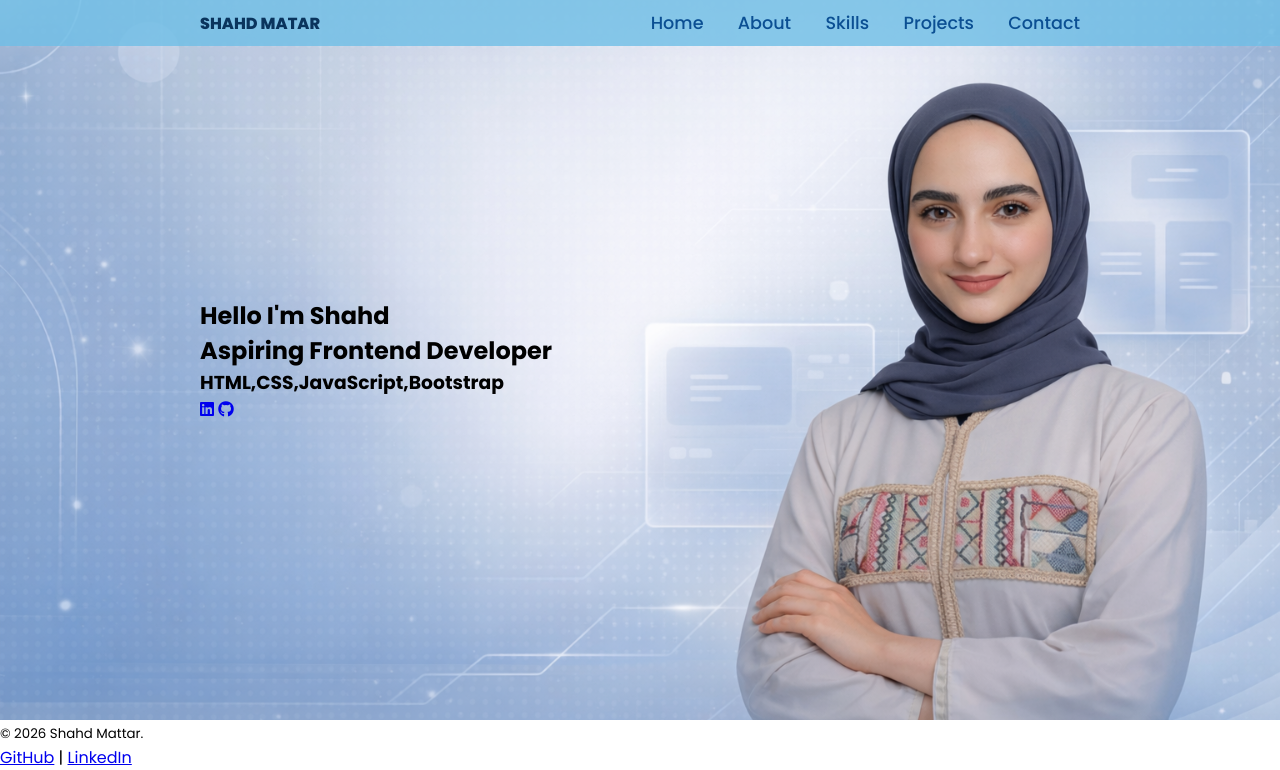
Repository: shahdmattar/personal-landing-page
Page: index.html
The author's editor kept a copy of each file at every save. The page is drawn from the files as they stood at one save, then again after the next save.
The browser window is 1280 px wide. The pictures show the whole page.
Backgrounds fixed to the window are drawn as part of the page.

Above is the page before, as saved 2026-04-15 01:24:29.

### index.html
<!doctype html>
<html lang="en">
  <head>
    <meta charset="UTF-8" />
    <meta name="viewport" content="width=device-width, initial-scale=1.0" />
    <title>Shahd Matar | Personal Landing Page</title>
    <meta
      name="description"
      content="Personal landing page of Shahd Matar, Computer Engineering student and frontend learner."
    />
    <link
      rel="stylesheet"
      href="https://cdnjs.cloudflare.com/ajax/libs/font-awesome/6.0.0/css/all.min.css"
    />
    <link rel="stylesheet" href="style.css" />
    <!-- <link rel="stylesheet" href="test.css"> -->
  </head>

  <body>
    <header>
      <a href="#" class="logo">Shahd Matar</a>
      <nav class="navgation">
        <a href="#hero">Home</a>
        <a href="#about">About</a>
        <a href="#skills">Skills</a>
        <a href="#projects">Projects</a>
        <a href="#contact">Contact</a>
      </nav>
    </header>


      <section class="main">
        <div>

          <h2>Hello I'm Shahd<br> <span>Aspiring Frontend Developer</span></h2>
          <h3>HTML,CSS,JavaScript,Bootstrap</h3>
          <div class="social-icons">
            <a href="https://www.linkedin.com/in/shahd-matar-957608368"><i class="fab fa-linkedin"></i></a>
            <a href="https://github.com/shahdmattar"><i class="fab fa-github"></i></a>
          </div>
        </div>

      </section>


    <!-- Footer -->
    <footer>
      <p><small> &copy; 2026 Shahd Mattar.</small></p>
      <p>
        <a
          href="https://github.com/shahdmattar"
          target="_blank"
          rel="noopener noreferrer"
          >GitHub</a
        >
        |
        <a
          href="https://www.linkedin.com/in/shahd-matar-957608368"
          target="_blank"
          rel="noopener noreferrer"
          >LinkedIn</a
        >
      </p>
    </footer>
  </body>
</html>

### style.css
@import url('https://fonts.googleapis.com/css2?family=Dancing+Script:wght@400..700&family=Poppins:ital,wght@0,100;0,200;0,300;0,400;0,500;0,600;0,700;0,800;0,900;1,100;1,200;1,300;1,400;1,500;1,600;1,700;1,800;1,900&display=swap');

* {
  font-family:"Poppins", sans-serif;
  margin: 0;
  padding: 0;
  box-sizing: border-box;
  scroll-behavior:smooth;
}

header{
  width:100%;
  background-color:rgba(111, 191, 231, 0.8);
  position:fixed;
  display:flex;
  justify-content: space-between;
  align-items:center;
  z-index: 999;
  padding:10px 200px;
}

.logo{
  text-decoration:none;
  text-transform:uppercase;
  color:#0a345d;
  font-size:2rm;
  font-weight:800;
}

.navgation a{
  color:#0b4f93;
  text-decoration:none;
  font-size:1.1rem;
  font-weight:500;
  padding-left:30px;
}

.navgation a:hover{
  color:#0a345d;
  font-size:1.4rem;
  font-weight:600;
}

section{
   padding:100px 200px;
}
.main{
  width:100%;
  min-height:100vh;
  display:flex;
  align-items:center;
  background:url(images/background.png);
  background-repeat:no-repeat;
  background-size:cover;
  background-position:center;
  background-attachment: fixed;
}

After the next save:
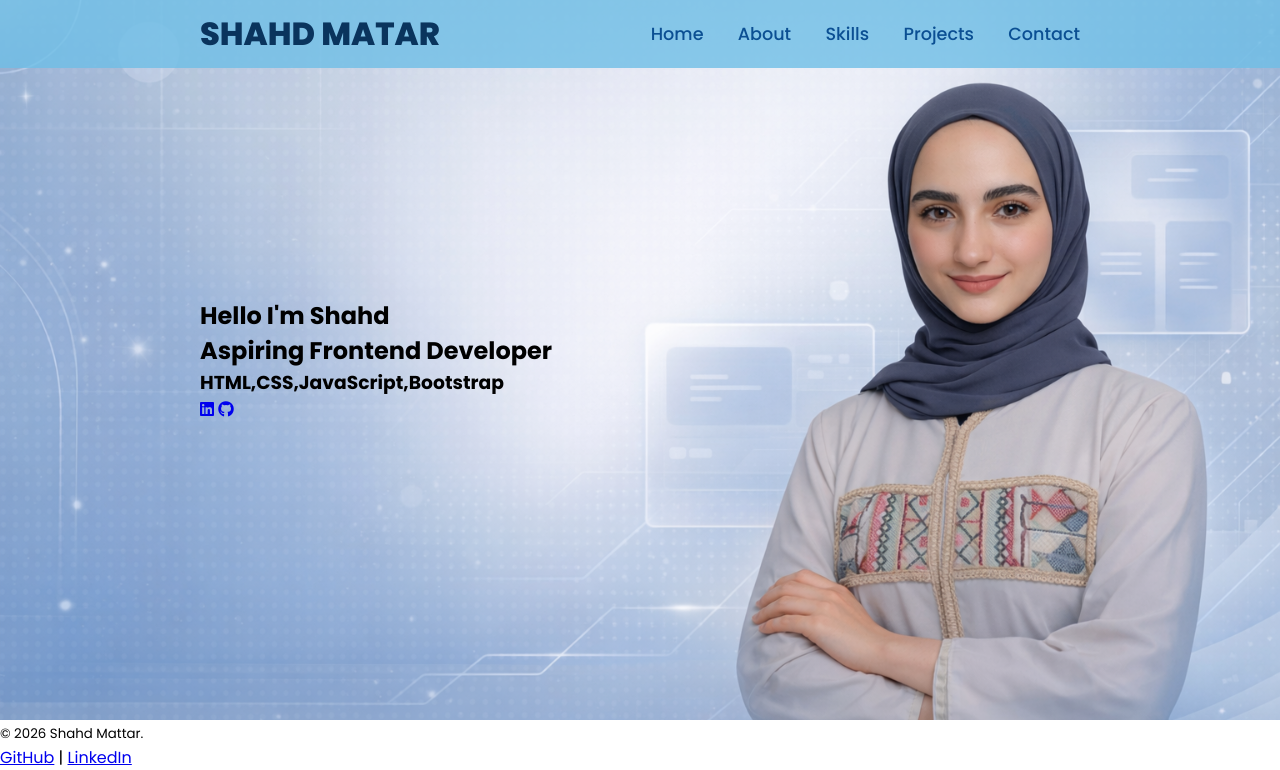
Saved 48 s later.
--- a/style.css
+++ b/style.css
@@ -1,57 +1,100 @@
 @import url('https://fonts.googleapis.com/css2?family=Dancing+Script:wght@400..700&family=Poppins:ital,wght@0,100;0,200;0,300;0,400;0,500;0,600;0,700;0,800;0,900;1,100;1,200;1,300;1,400;1,500;1,600;1,700;1,800;1,900&display=swap');
 
 * {
-  font-family:"Poppins", sans-serif;
+  font-family: "Poppins", sans-serif;
   margin: 0;
   padding: 0;
   box-sizing: border-box;
-  scroll-behavior:smooth;
+  scroll-behavior: smooth;
+}
+
+body{
+  overflow-x: hidden;
 }
 
 header{
-  width:100%;
-  background-color:rgba(111, 191, 231, 0.8);
-  position:fixed;
-  display:flex;
+  width: 100%;
+  background-color: rgba(111, 191, 231, 0.8);
+  position: fixed;
+  top: 0;
+  left: 0;
+  display: flex;
   justify-content: space-between;
-  align-items:center;
+  align-items: center;
   z-index: 999;
-  padding:10px 200px;
+  padding: 10px 200px;
 }
 
 .logo{
-  text-decoration:none;
-  text-transform:uppercase;
-  color:#0a345d;
-  font-size:2rm;
-  font-weight:800;
+  text-decoration: none;
+  text-transform: uppercase;
+  color: #0a345d;
+  font-size: 2rem;
+  font-weight: 800;
 }
 
 .navgation a{
-  color:#0b4f93;
-  text-decoration:none;
-  font-size:1.1rem;
-  font-weight:500;
-  padding-left:30px;
+  color: #0b4f93;
+  text-decoration: none;
+  font-size: 1.1rem;
+  font-weight: 500;
+  padding-left: 30px;
+  transition: 0.3s ease;
 }
 
 .navgation a:hover{
-  color:#0a345d;
-  font-size:1.4rem;
-  font-weight:600;
+  color: #0a345d;
 }
 
 section{
-   padding:100px 200px;
+  padding: 100px 200px;
 }
+
 .main{
-  width:100%;
-  min-height:100vh;
-  display:flex;
-  align-items:center;
-  background:url(images/background.png);
-  background-repeat:no-repeat;
-  background-size:cover;
-  background-position:center;
+  width: 100%;
+  min-height: 100vh;
+  display: flex;
+  align-items: center;
+  justify-content: space-between;
+  gap: 40px;
+  background: url(images/background.png) no-repeat center/cover;
   background-attachment: fixed;
 }
+
+.main-text{
+  flex: 1;
+  z-index: 2;
+}
+
+.main-text h2{
+  font-size: 2.5rem;
+  color: #000;
+  margin-bottom: 10px;
+}
+
+.main-text h3{
+  font-size: 1.8rem;
+  color: #000;
+  margin-bottom: 10px;
+}
+
+.main-text p{
+  font-size: 1.3rem;
+  font-weight: 600;
+  margin-bottom: 15px;
+}
+
+.main-image{
+  flex: 1;
+  display: flex;
+  justify-content: flex-end;
+  align-items: flex-end;
+}
+
+.main-image img{
+  width: 420px;
+  max-width: 100%;
+  height: auto;
+  object-fit: contain;
+  margin-right: 40px;
+}

After the save that followed:
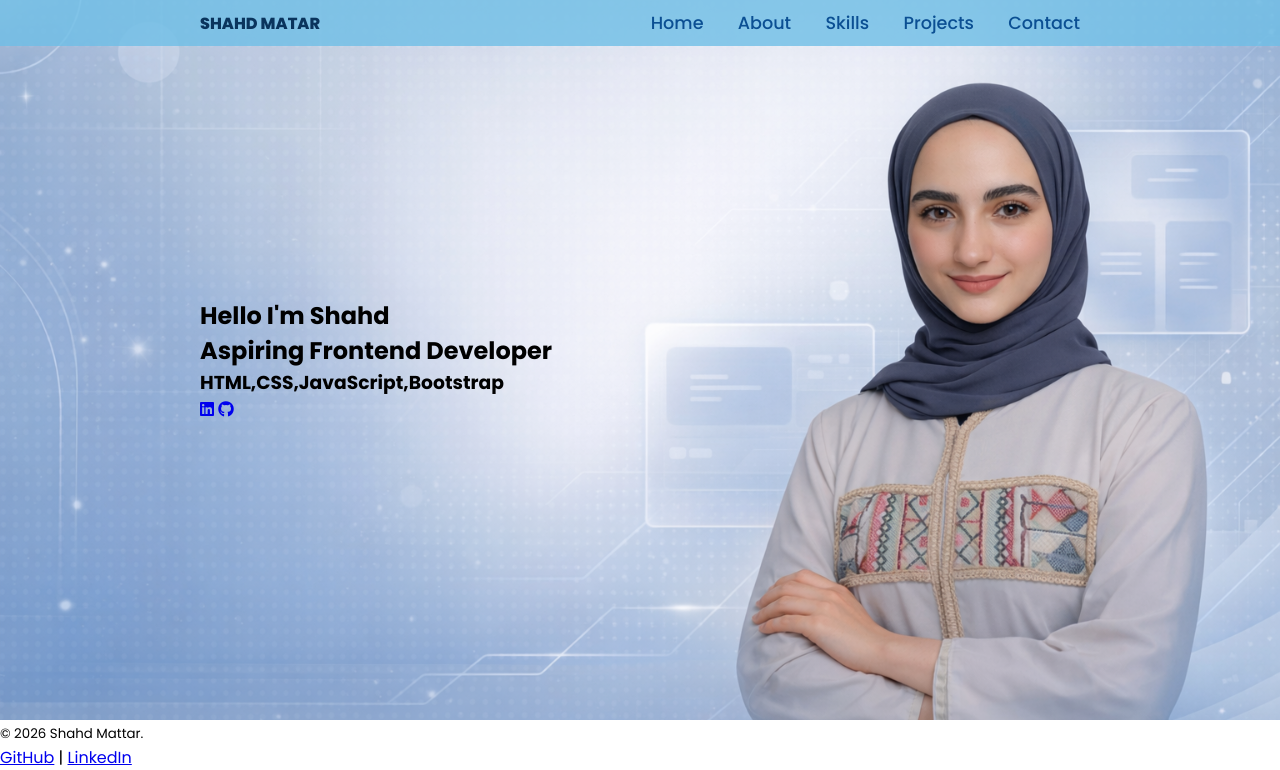
Saved 4 min 26 s later.
--- a/style.css
+++ b/style.css
@@ -1,100 +1,57 @@
 @import url('https://fonts.googleapis.com/css2?family=Dancing+Script:wght@400..700&family=Poppins:ital,wght@0,100;0,200;0,300;0,400;0,500;0,600;0,700;0,800;0,900;1,100;1,200;1,300;1,400;1,500;1,600;1,700;1,800;1,900&display=swap');
 
 * {
-  font-family: "Poppins", sans-serif;
+  font-family:"Poppins", sans-serif;
   margin: 0;
   padding: 0;
   box-sizing: border-box;
-  scroll-behavior: smooth;
-}
-
-body{
-  overflow-x: hidden;
+  scroll-behavior:smooth;
 }
 
 header{
-  width: 100%;
-  background-color: rgba(111, 191, 231, 0.8);
-  position: fixed;
-  top: 0;
-  left: 0;
-  display: flex;
+  width:100%;
+  background-color:rgba(111, 191, 231, 0.8);
+  position:fixed;
+  display:flex;
   justify-content: space-between;
-  align-items: center;
+  align-items:center;
   z-index: 999;
-  padding: 10px 200px;
+  padding:10px 200px;
 }
 
 .logo{
-  text-decoration: none;
-  text-transform: uppercase;
-  color: #0a345d;
-  font-size: 2rem;
-  font-weight: 800;
+  text-decoration:none;
+  text-transform:uppercase;
+  color:#0a345d;
+  font-size:2rm;
+  font-weight:800;
 }
 
 .navgation a{
-  color: #0b4f93;
-  text-decoration: none;
-  font-size: 1.1rem;
-  font-weight: 500;
-  padding-left: 30px;
-  transition: 0.3s ease;
+  color:#0b4f93;
+  text-decoration:none;
+  font-size:1.1rem;
+  font-weight:500;
+  padding-left:30px;
 }
 
 .navgation a:hover{
-  color: #0a345d;
+  color:#0a345d;
+  font-size:1.4rem;
+  font-weight:600;
 }
 
 section{
-  padding: 100px 200px;
+   padding:100px 200px;
 }
-
 .main{
-  width: 100%;
-  min-height: 100vh;
-  display: flex;
-  align-items: center;
-  justify-content: space-between;
-  gap: 40px;
-  background: url(images/background.png) no-repeat center/cover;
+  width:100%;
+  min-height:100vh;
+  display:flex;
+  align-items:center;
+  background:url(images/background.png);
+  background-repeat:no-repeat;
+  background-size:cover;
+  background-position:center;
   background-attachment: fixed;
 }
-
-.main-text{
-  flex: 1;
-  z-index: 2;
-}
-
-.main-text h2{
-  font-size: 2.5rem;
-  color: #000;
-  margin-bottom: 10px;
-}
-
-.main-text h3{
-  font-size: 1.8rem;
-  color: #000;
-  margin-bottom: 10px;
-}
-
-.main-text p{
-  font-size: 1.3rem;
-  font-weight: 600;
-  margin-bottom: 15px;
-}
-
-.main-image{
-  flex: 1;
-  display: flex;
-  justify-content: flex-end;
-  align-items: flex-end;
-}
-
-.main-image img{
-  width: 420px;
-  max-width: 100%;
-  height: auto;
-  object-fit: contain;
-  margin-right: 40px;
-}
